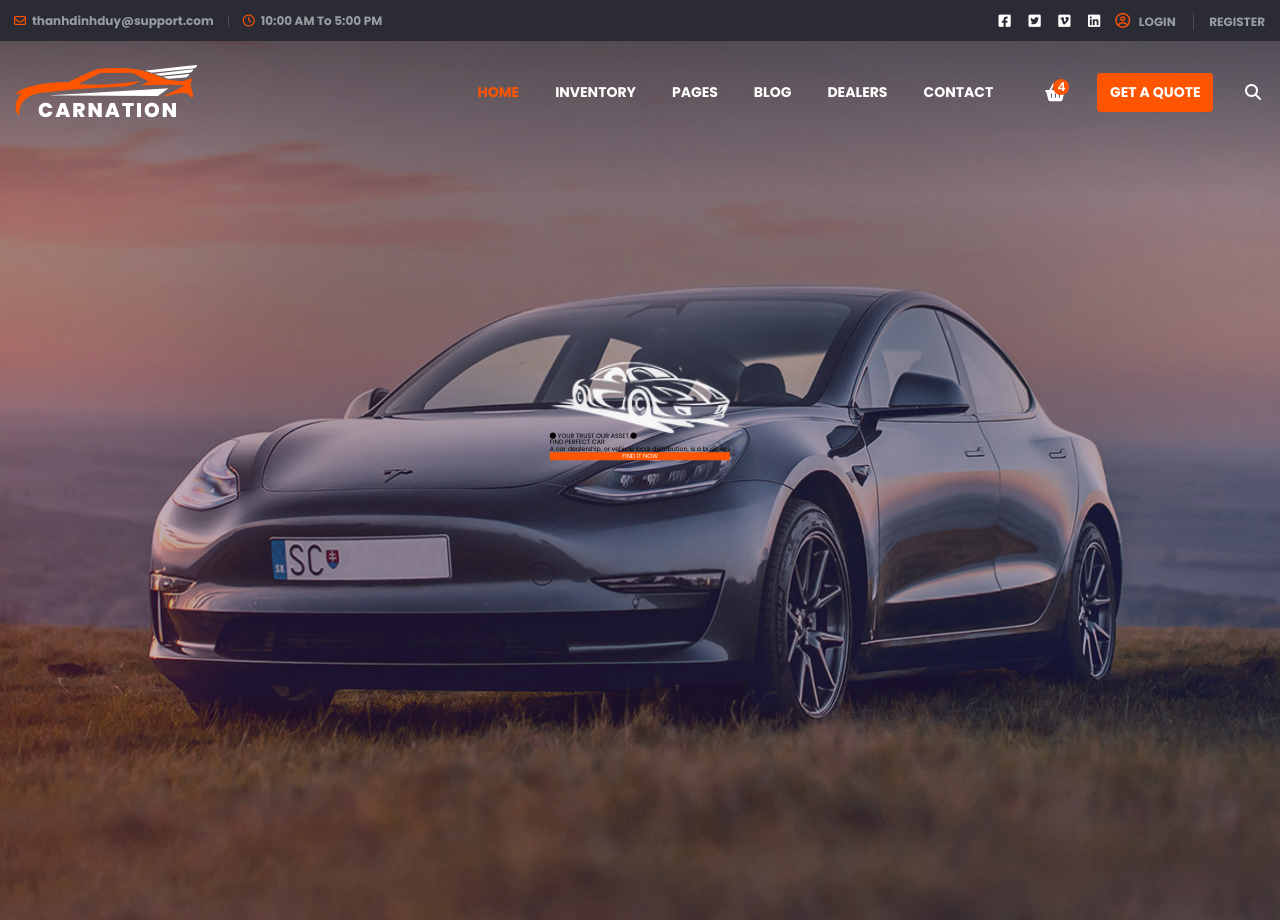
Repository: thanhdinh01/shopcar
Page: index.html
These files come from the project's save history. The page is drawn as it stood at one moment and after the next save; the edit follows.
The browser window is 1280 px wide. The pictures show the whole page.
Some web libraries are served in a nearby version. The style sheet was rebuilt from its Sass, Less or Tailwind sources for each picture, by a compiler version that may differ from the author's.

Above is the page before, as saved 2022-08-10 21:51:56.

After the next save:
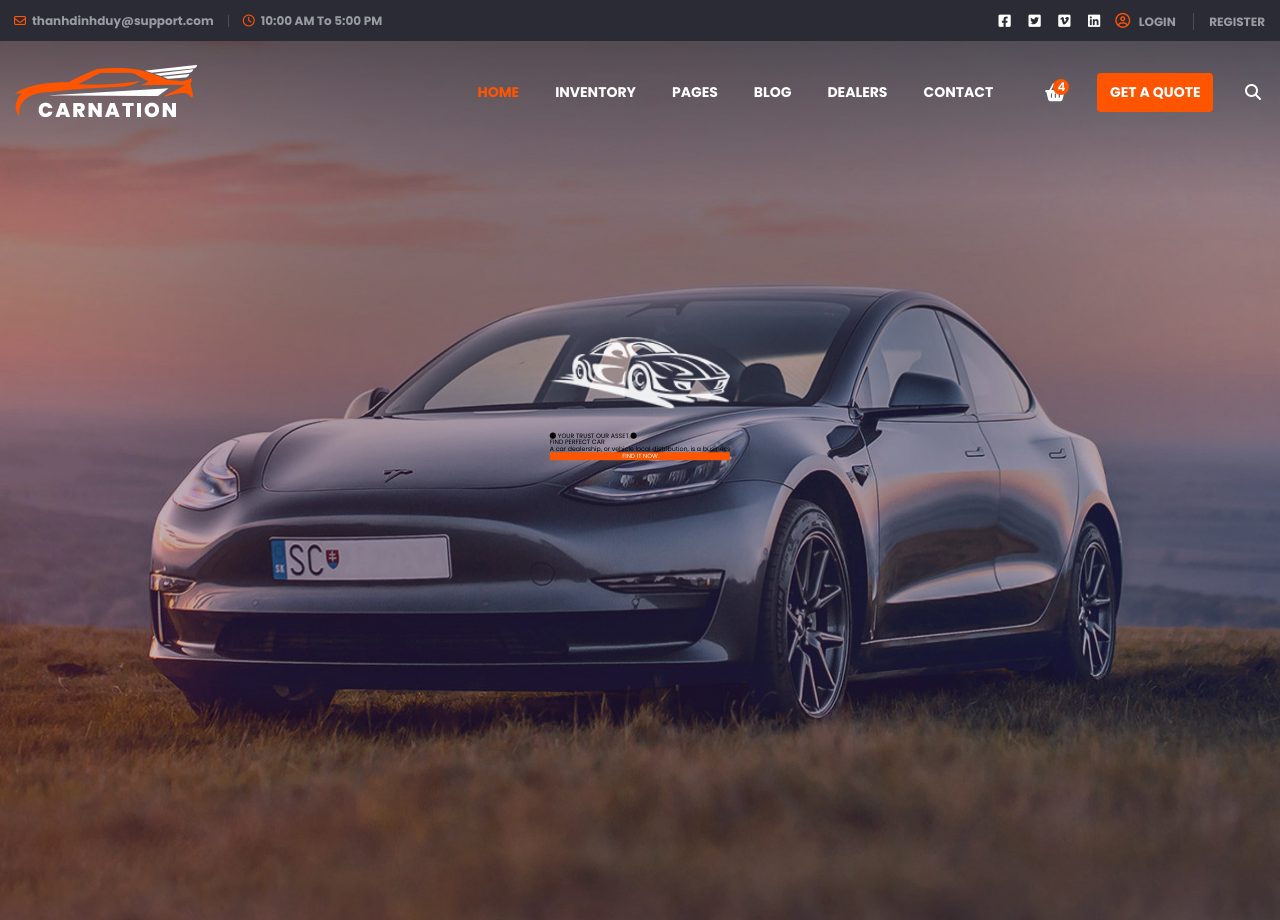
Saved 20 s later.
--- a/css/_header.scss
+++ b/css/_header.scss
@@ -323,7 +323,7 @@
     display: flex;
     flex-direction: column;
     justify-content: center;
-    .img {
+    img {
       margin-bottom: 25px;
       display: inline-block;
     }
